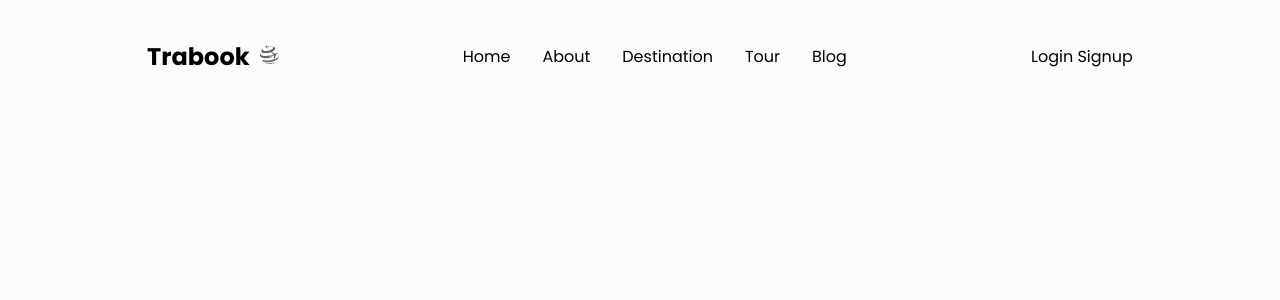
Repository: phobo99/phobo99.github.io
Page: Trabook/index.html
The author's editor kept a copy of each file at every save. The page is drawn from the files as they stood at one save, then again after the next save.
The browser window is 1280 px wide. The pictures show the whole page.
Some web libraries are served in a nearby version. The style sheet was rebuilt from its Sass, Less or Tailwind sources for each picture, by a compiler version that may differ from the author's.

Above is the page before, as saved 2022-06-18 21:54:30.

After the next save:
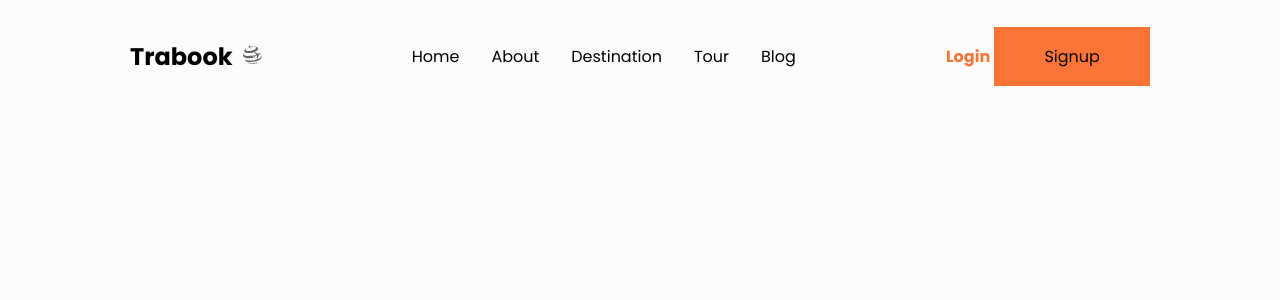
Saved 25 s later.
--- a/Trabook/index.html
+++ b/Trabook/index.html
@@ -37,8 +37,8 @@
                     </ul>
                 </div>
                 <div class="nav-login">
-                    <span>Login</span>
-                    <span>Signup</span>
+                    <span class="login">Login</span>
+                    <span class="sign-up">Signup</span>
                 </div>
             </div>
         </header>
